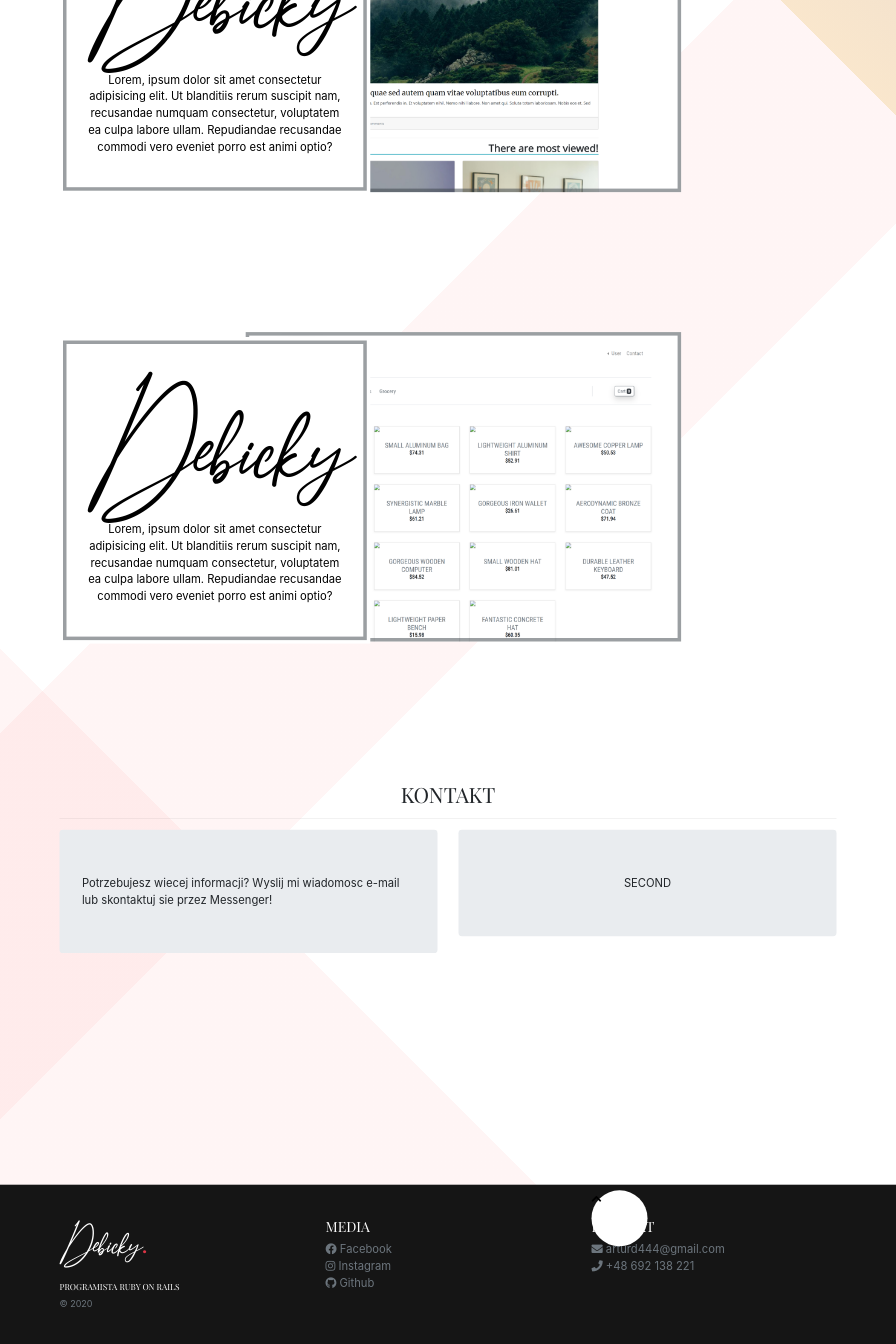
Repository: debicky/debicky.github.io
Page: index.html
These files come from the project's save history. The page is drawn as it stood at one moment and after a run of saves; the edit follows.
The browser window is 1280 px wide. The pictures show the part of the page from y = 2319 to 4239 px (the page is 4239 px tall), at 70% of full size.
Some web libraries are served in a nearby version.

Above is the page before, as saved 2020-06-14 12:59:52.

After the next 2 saves:
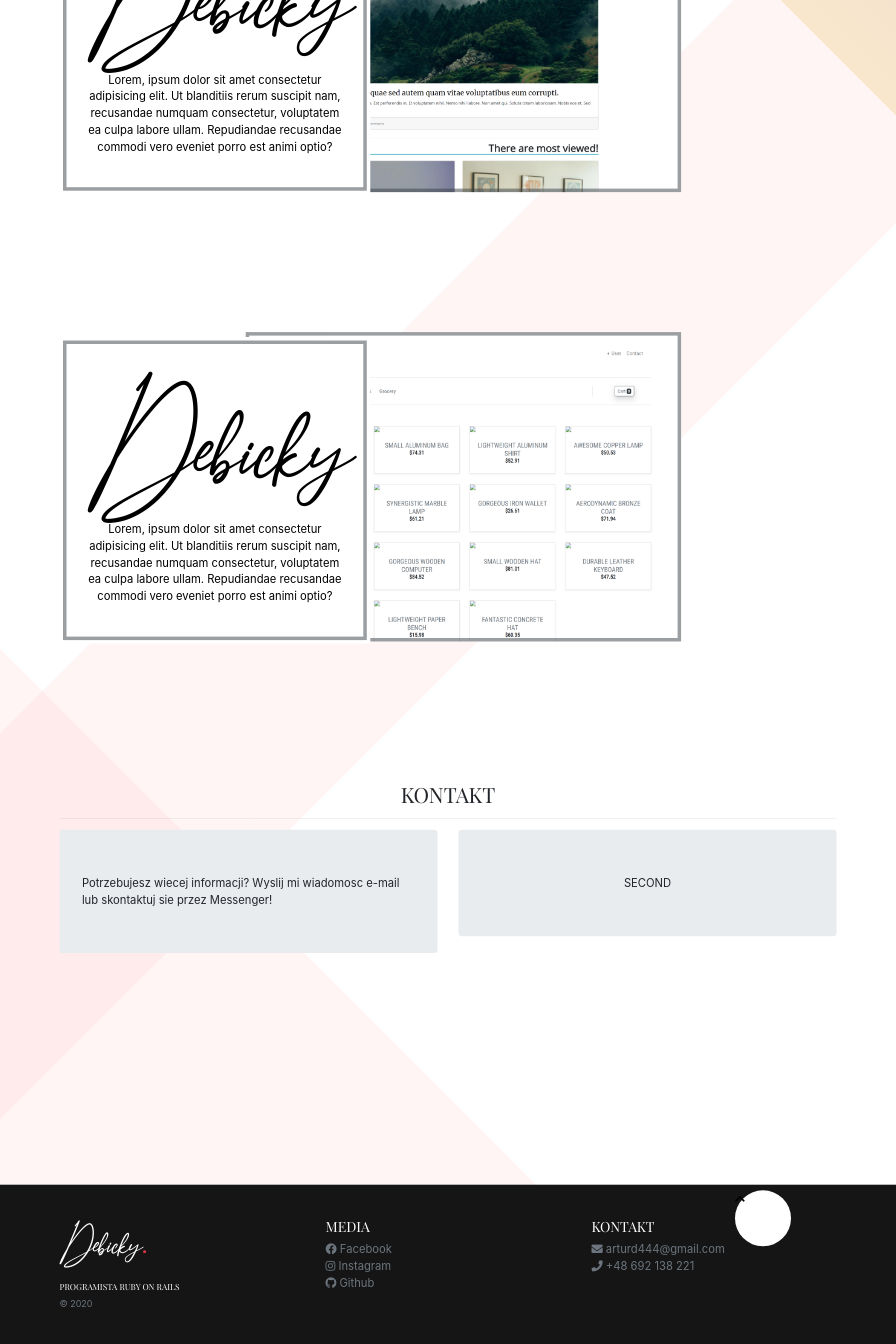
The 2 saves are shown as one change because they came seconds apart.
The last was saved 9 s later.
--- a/styles.css
+++ b/styles.css
@@ -230,6 +230,7 @@ a.text-muted:hover{
   background-color: #fff;
   color: black;
   top: -2.5rem;
+  right: 5rem;
   border-radius: 100%;
 
 }
